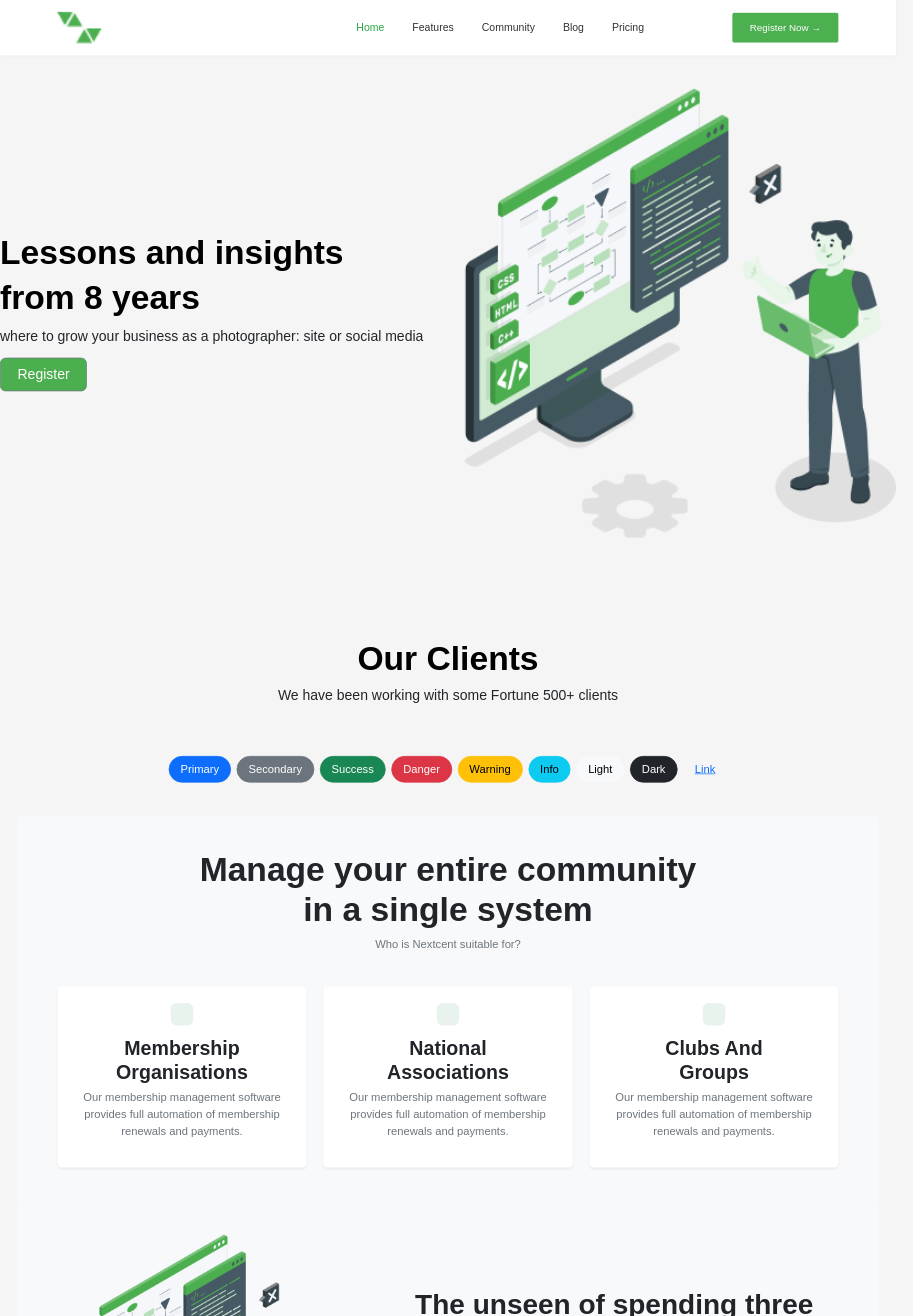
Repository: Laibaaa10/Bootstrap1
Page: index.html
An editor plug-in stored every save of this project. The page is shown before and after a run of saves, followed by the edit.
The browser window is 1280 px wide. The page is 1304 px wide, so the pictures cover 1304 px, including what lies to the right of the window. The pictures show the part of the page from y = 0 to 1880 px (the page is 2315 px tall before and 2893 px after), at 70% of full size.

Above is the page before, as saved 2026-06-18 07:43:42.

### index.html
<!DOCTYPE html>
<html lang="en">

<head>
    <meta charset="UTF-8">
    <meta name="viewport" content="width=device-width, initial-scale=1.0">
    <title>Navbar</title>
    <link href="https://cdn.jsdelivr.net/npm/bootstrap@5.3.3/dist/css/bootstrap.min.css" rel="stylesheet">
    <link rel="stylesheet" href="style.css">
</head>

<body>
    <!-- Navbar start  -->

    <nav class="navbar navbar-expand-lg custom-navbar">
        <div class="container">


            <a class="navbar-brand d-flex align-items-center w-" href="#">
                <img src="./images/Logo (1).png" alt="Logo" class="logo">
            </a>



            <button class="navbar-toggler" type="button" data-bs-toggle="collapse" data-bs-target="#navbarContent">
                <span class="navbar-toggler-icon"></span>
            </button>

            <div class="collapse navbar-collapse" id="navbarContent">

                <ul class="navbar-nav mx-auto mb-2 mb-lg-0">
                    <li class="nav-item">
                        <a class="nav-link active" href="#">Home</a>
                    </li>
                    <li class="nav-item">
                        <a class="nav-link" href="#">Features</a>
                    </li>
                    <li class="nav-item">
                        <a class="nav-link" href="#">Community</a>
                    </li>
                    <li class="nav-item">
                        <a class="nav-link" href="#">Blog</a>
                    </li>
                    <li class="nav-item">
                        <a class="nav-link" href="#">Pricing</a>
                    </li>
                </ul>
                <a href="#" class="btn register-btn">
                    Register Now →
                </a>

            </div>
        </div>
    </nav>
    <!-- Navbar end -->

    <!-- Hero section start  -->

    <div class="row flex-lg-row-reverse align-items-center g-5 py-5">
        <div class="col-10 col-sm-8 col-lg-6"> <img src="./images/Illustration.png" class="d-block mx-lg-auto img-fluid"
                alt="Bootstrap Themes" width="700" height="500" loading="lazy"> </div>
        <div class="col-lg-6">
            <h1 class="display-5 fw-bold text-body-emphasis lh-1 mb-3">Lessons and insights</h1>
            <h1 class="display-5 fw-bold text-body-emphasis lh-1 mb-3 bg">from 8 years</h1>
            <p class="lead">where to grow your business as a photographer: site or social media</p>
            <div class="d-grid gap-2 d-md-flex justify-content-md-start"> <button type="button"
                    class="btn btn-outline-secondary btn-lg px-4 bgcolor">Register</button> </div>
        </div>
    </div>

    <div class="px-4 py-5 my-5 text-center">
        <h1 class="display-5 fw-bold text-body-emphasis">Our Clients</h1>
        <div class="col-lg-6 mx-auto">
            <p class="lead mb-4">We have been working with some Fortune 500+ clients</p>
        </div>
        <div class="d-flex gap-2 justify-content-center py-5"> <button class="btn btn-primary rounded-pill px-3"
                type="button">Primary</button> <button class="btn btn-secondary rounded-pill px-3"
                type="button">Secondary</button> <button class="btn btn-success rounded-pill px-3"
                type="button">Success</button> <button class="btn btn-danger rounded-pill px-3"
                type="button">Danger</button> <button class="btn btn-warning rounded-pill px-3"
                type="button">Warning</button> <button class="btn btn-info rounded-pill px-3"
                type="button">Info</button> <button class="btn btn-light rounded-pill px-3" type="button">Light</button>
            <button class="btn btn-dark rounded-pill px-3" type="button">Dark</button> <button
                class="btn btn-link rounded-pill px-3" type="button">Link</button> </div>


             <section class="py-5 bg-light">
    <div class="container">

        <div class="text-center mb-5">
            <h1 class="fw-bold display-5 text-dark">
                Manage your entire community <br>
                in a single system
            </h1>

            <p class="text-secondary">
                Who is Nextcent suitable for?
            </p>
        </div>

        <div class="row g-4">
            <div class="col-md-4">
                <div class="card border-0 shadow-sm h-100 text-center p-4">

                    <div class="mx-auto bg-success bg-opacity-10 rounded-3 p-3 mb-3">
                        <i class="bi bi-people fs-2 text-success"></i>
                    </div>

                    <h3 class="fw-bold">
                        Membership <br> Organisations
                    </h3>

                    <p class="text-secondary">
                        Our membership management software provides full automation of membership renewals and payments.
                    </p>

                </div>
            </div>
            <div class="col-md-4">
                <div class="card border-0 shadow-sm h-100 text-center p-4">

                    <div class="mx-auto bg-success bg-opacity-10 rounded-3 p-3 mb-3">
                        <i class="bi bi-building fs-2 text-success"></i>
                    </div>

                    <h3 class="fw-bold">
                        National <br> Associations
                    </h3>

                    <p class="text-secondary">
                        Our membership management software provides full automation of membership renewals and payments.
                    </p>

                </div>
            </div>
            <div class="col-md-4">
                <div class="card border-0 shadow-sm h-100 text-center p-4">

                    <div class="mx-auto bg-success bg-opacity-10 rounded-3 p-3 mb-3">
                        <i class="bi bi-diagram-3 fs-2 text-success"></i>
                    </div>

                    <h3 class="fw-bold">
                        Clubs And <br> Groups
                    </h3>

                    <p class="text-secondary">
                        Our membership management software provides full automation of membership renewals and payments.
                    </p>

                </div>
            </div>

        </div>

    </div>
</section>

<section class="bg-light py-5">
    <div class="container">
        <div class="row align-items-center">

            <!-- Image Section -->
            <div class="col-lg-5 text-center mb-4 mb-lg-0">
                <img src="illustration.png" alt="Illustration"
                     class="img-fluid">
            </div>

            <!-- Content Section -->
            <div class="col-lg-7">
                <h1 class="fw-bold text-dark mb-4">
                    The unseen of spending three years at Pixelgrade
                </h1>

                <p class="text-secondary mb-4">
                    Lorem ipsum dolor sit amet, consectetur adipiscing elit.
                    Sed sit amet justo ipsum. Sed accumsan quam vitae est
                    varius fringilla. Pellentesque placerat vestibulum lorem
                    sed porta. Nullam mattis tristique iaculis. Nullam pulvinar
                    sit amet risus pretium auctor.
                </p>

                <button class="btn btn-success px-4 py-2">
                    Learn More
                </button>
            </div>

        </div>
    </div>
</section>



</body>
</html>


<!-- Hero section end  -->
        <script src="https://cdn.jsdelivr.net/npm/bootstrap@5.3.3/dist/js/bootstrap.bundle.min.js"></script>

</body>

</html>

### style.css
body {
    margin: 0;
    background: #f5f5f5;
    font-family: Arial, sans-serif;
}

.custom-navbar {
    background: #ffffff;
    padding: 12px 0;
    box-shadow: 0 1px 5px rgba(0,0,0,0.05);
}

.logo {
    height: 45px;
    width: auto;
}

.navbar-nav .nav-link {
    color: #333;
    font-size: 15px;
    font-weight: 500;
    margin: 0 12px;
    transition: 0.3s;
}

.navbar-nav .nav-link:hover,
.navbar-nav .nav-link.active {
    color: #28a745;
}

.register-btn {
    background: #4CAF50;
    color: #fff;
    padding: 10px 24px;
    border-radius: 4px;
    font-size: 14px;
    font-weight: 500;
    text-decoration: none;
    transition: 0.3s;
}

.register-btn:hover {
    background: #43a047;
    color: #fff;
}

@media (max-width: 991px) {
    .navbar-nav {
        text-align: center;
        padding: 15px 0;
    }

    .register-btn {
        display: block;
        width: fit-content;
        margin: 15px auto 0;
    }
}
.bgcolor{
    background-color: #4CAF4F;
    text-decoration: none;
    color: white;
}

After the next 4 saves:
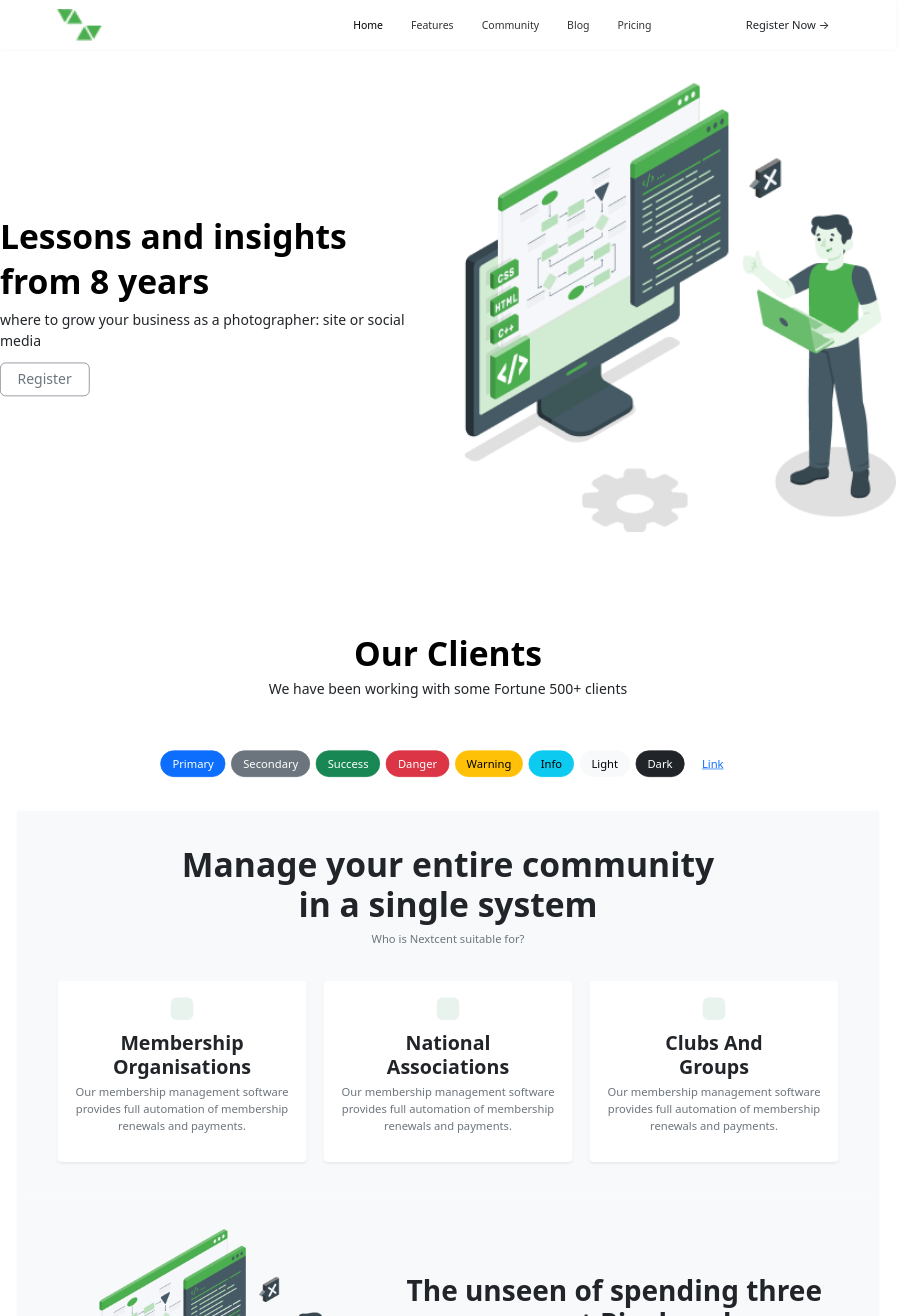
The 4 saves are shown as one change because they came seconds apart.
The last was saved 13 s later.
--- a/index.html
+++ b/index.html
@@ -188,13 +188,94 @@
         </div>
     </div>
 </section>
-
-
+<!DOCTYPE html>
+<html lang="en">
+<head>
+<meta charset="UTF-8">
+<meta name="viewport" content="width=device-width, initial-scale=1.0">
+<title>Community Section</title>
+
+<link href="https://cdn.jsdelivr.net/npm/bootstrap@5.3.3/dist/css/bootstrap.min.css" rel="stylesheet">
+<link rel="stylesheet" href="https://cdnjs.cloudflare.com/ajax/libs/font-awesome/6.5.2/css/all.min.css">
+</head>
+
+<body>
+
+<!-- Stats Section -->
+<section class="bg-light py-5">
+    <div class="container">
+        <div class="row align-items-center">
+
+            <!-- Left Content -->
+            <div class="col-lg-5">
+                <h2 class="fw-bold text-dark">
+                    Helping a local <br>
+                    <span class="text-success">business reinvent itself</span>
+                </h2>
+                <p class="text-muted mt-3">
+                    We reached here with our hard work and dedication
+                </p>
+            </div>
+
+            <!-- Right Stats -->
+            <div class="col-lg-7">
+                <div class="row g-4">
+
+                    <div class="col-md-6 d-flex align-items-center">
+                        <i class="fa-solid fa-users text-success fs-1 me-3"></i>
+                        <div>
+                            <h3 class="fw-bold mb-0">2,245,341</h3>
+                            <p class="text-muted mb-0">Members</p>
+                        </div>
+                    </div>
+
+                    <div class="col-md-6 d-flex align-items-center">
+                        <i class="fa-solid fa-handshake text-success fs-1 me-3"></i>
+                        <div>
+                            <h3 class="fw-bold mb-0">46,328</h3>
+                            <p class="text-muted mb-0">Clubs</p>
+                        </div>
+                    </div>
+
+                    <div class="col-md-6 d-flex align-items-center">
+                        <i class="fa-solid fa-calendar-check text-success fs-1 me-3"></i>
+                        <div>
+                            <h3 class="fw-bold mb-0">828,867</h3>
+                            <p class="text-muted mb-0">Event Bookings</p>
+                        </div>
+                    </div>
+
+                    <div class="col-md-6 d-flex align-items-center">
+                        <i class="fa-regular fa-credit-card text-success fs-1 me-3"></i>
+                        <div>
+                            <h3 class="fw-bold mb-0">1,926,436</h3>
+                            <p class="text-muted mb-0">Payments</p>
+                        </div>
+                    </div>
+
+                </div>
+            </div>
+
+        </div>
+    </div>
+</section>
+
+<!-- Demo Section -->
+<section class="py-5 text-center">
+    <div class="container">
+        <h1 class="display-2 fw-bold text-dark mb-4">
+            Pellentesque suscipit <br>
+            fringilla libero eu.
+        </h1>
+
+        <button class="btn btn-success px-5 py-3">
+            Get a Demo &nbsp; →
+        </button>
+    </div>
+</section>
 
 </body>
 </html>
-
-
 <!-- Hero section end  -->
         <script src="https://cdn.jsdelivr.net/npm/bootstrap@5.3.3/dist/js/bootstrap.bundle.min.js"></script>
 
